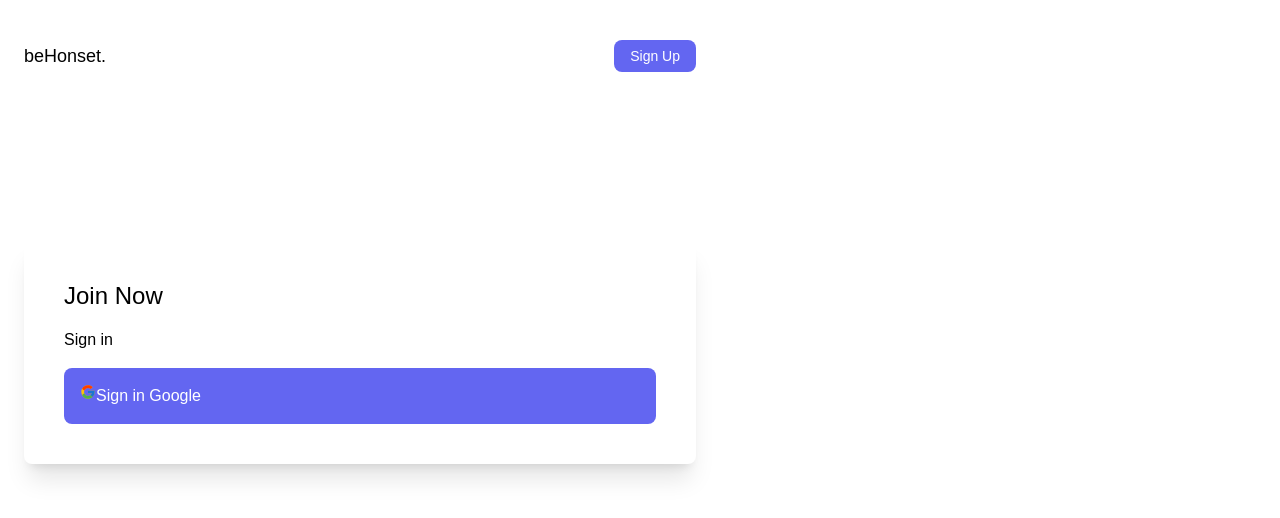
Repository: aidenfine/be-honset
Page: /login
These files come from the project's save history. The page is drawn as it stood at one moment and after the next save; the edit follows.
The browser window is 1280 px wide. The pictures show the whole page.
The project was rebuilt for these pictures with package versions that can differ from the ones it lists, and the page was loaded fresh each time. The framework's server and built-in components were replaced by stand-ins that run in the browser. Also part of the build but not shown: next.config.js.

Above is the page before, as saved 2022-10-26 18:45:40.

### pages/_app.js
import '../styles/globals.css'
import Layout from '../components/layout'

function MyApp({ Component, pageProps }) {
  return(
    <Layout>
      <Component {...pageProps} />
    </Layout>

  )
}

export default MyApp

### pages/login.js
import { FcGoogle } from "react-icons/fc"
export default function Login(){
    return(
        <div className="shadow-xl mt-32 p-10 text-black rounded-lg bg-white">
            <h2 className="text-2xl font-medium">Join Now</h2>
            <div>
                <h3 className="py-4">Sign in</h3>
                <button className="text-white bg-indigo-500 w-full font font-medium rounded-lg flex align-middle p-4"><FcGoogle className="text-2x1"/>Sign in Google</button>
            </div>
        </div>

    )
}

### styles/globals.css
@tailwind base;
@tailwind components;
@tailwind utilities;


* {
  font-family: 'Montserrat', sans-serif;

}

### components/layout.js
import Nav from "./Nav";

export default function Layout({ children }){
    return(
        <div className="mx-6 md:max-w-2xl md-mx-auto font-montserrat">
            <Nav />
            <main>{children}</main>
        </div>
    )
}

### components/Nav.js
import Link from "next/link"

export default function Nav(){

    return(
        <nav className="flex justify-between items-center py-10">
            <Link href="/">
            <button className="text-lg font-medium text-black opacity-87" >beHonset.</button>
            </Link>
            <ul className="flex items-center gap-10">
                <Link href={"/login"} className="py-1.5 px-4 text-sm bg-indigo-500 text-white opacity-87 rounded-lg font-medium ml-8">Sign Up</Link>
            </ul>

        </nav>
    )
}

### tailwind.config.js
/** @type {import('tailwindcss').Config} */
module.exports = {
  content: [
    "./pages/**/*.{js,ts,jsx,tsx}",
    "./components/**/*.{js,ts,jsx,tsx}",
  ],
  darkMode: 'class',
  theme: {
    extend: {
      fontFamily: {
        montserrat: 'Montserrat',
      }
    },
  },
  plugins: [],
}

After the next save:
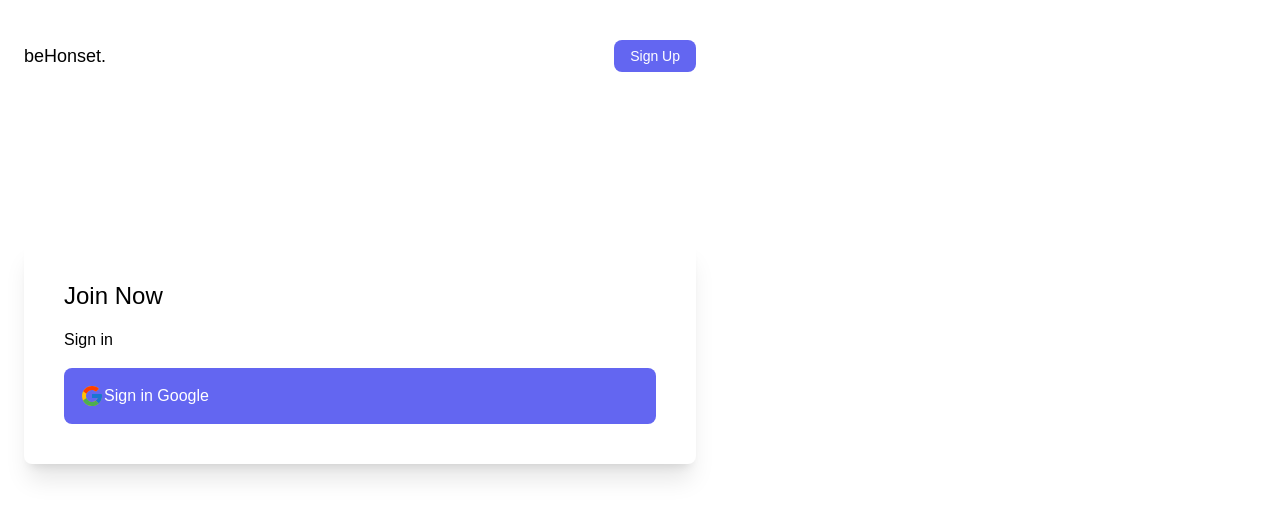
Saved 8 s later.
--- a/pages/login.js
+++ b/pages/login.js
@@ -5,7 +5,7 @@
             <h2 className="text-2xl font-medium">Join Now</h2>
             <div>
                 <h3 className="py-4">Sign in</h3>
-                <button className="text-white bg-indigo-500 w-full font font-medium rounded-lg flex align-middle p-4"><FcGoogle className="text-2x1"/>Sign in Google</button>
+                <button className="text-white bg-indigo-500 w-full font font-medium rounded-lg flex align-middle p-4"><FcGoogle className="text-2xl"/>Sign in Google</button>
             </div>
         </div>
 
